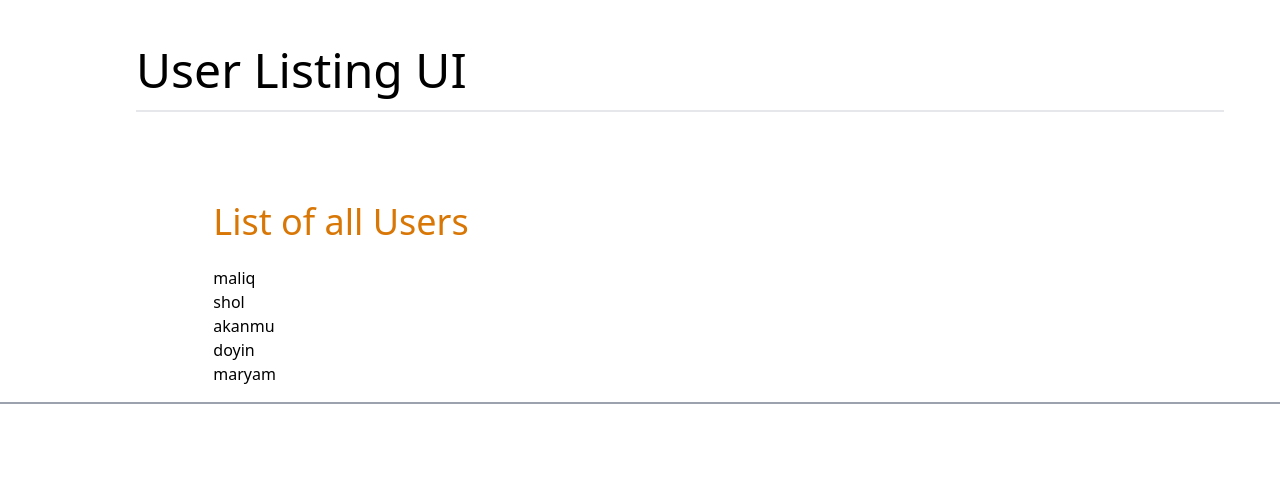
Repository: Marlstergo/listings
Page: / (app in client/)
An editor plug-in stored every save of this project. The page is shown before and after the next save, followed by the edit.
The browser window is 1280 px wide. The pictures show the whole page.
The project was rebuilt for these pictures with package versions that can differ from the ones it lists, and the page was loaded fresh each time. Also part of the build but not shown: client/craco.config.js, client/src/components/Loader.js, client/src/components/Order.js, client/src/components/Modal.js. Imported but missing from the stored project, and not drawn on this page: client/src/components/Base, client/src/components/Toppings.

Above is the page before, as saved 2021-07-20 23:39:29.

### client/src/index.js
/* eslint-disable no-unused-vars */
import React from "react";
import ReactDOM from "react-dom";
import "./index.css";
import App from "./App";
import reportWebVitals from "./reportWebVitals";
import { BrowserRouter } from "react-router-dom";
import { Provider } from "react-redux";
import { store } from "./redux/store";
import { PersistGate } from "redux-persist/integration/react";
import { persistor } from "./redux/store";

ReactDOM.render(
  <React.StrictMode>
    <Provider store={store}>
      <BrowserRouter>
        <PersistGate persistor={persistor}>
          <App />
        </PersistGate>
      </BrowserRouter>
    </Provider>
  </React.StrictMode>,
  document.getElementById("root")
);

// If you want to start measuring performance in your app, pass a function
// to log results (for example: reportWebVitals(console.log))
// or send to an analytics endpoint. Learn more: https://bit.ly/CRA-vitals
reportWebVitals();

### client/src/App.js
import React, { useState } from 'react';
import { Route, Switch, useLocation } from "react-router-dom";
import Header from './components/Header';
import Home from './components/Home';
import Base from './components/Base';
import Toppings from './components/Toppings';
import Order from './components/Order';
import Modal from './components/Modal';
import { AnimatePresence } from 'framer-motion';

function App() {
  const location = useLocation();
  const showModal = true;

  return (
    <>
      <Header />
      {/* <Modal showModal={showModal} /> */}
      <AnimatePresence exitBeforeEnter>
        <Switch location={location} key={location.key}>
          <Route path="/">
            <Home />
          </Route>
          <Route path="/createUpdateUser">
            <Toppings />
          </Route>
          <Route path="/order">
            <Order />
          </Route>
          <Route path="/">
            <Home />
          </Route>
        </Switch>
      </AnimatePresence>

    </>
  );
}

export default App;

### client/src/redux/store.js
import { createStore, applyMiddleware } from "redux";
import { logger } from 'redux-logger';
import {persistStore} from 'redux-persist';
// import thunk from 'redux-thunk'
import createSagaMiddleware from 'redux-saga'

import rootSaga from './root-sagas'

import rootReducer from './root-reducer';

const sagaMiddleware = createSagaMiddleware()

const middleware = [sagaMiddleware];

if( process.env.NODE_ENV === 'development'){
    middleware.push(logger)
}

export const store = createStore(rootReducer, applyMiddleware(...middleware))

sagaMiddleware.run(rootSaga)

export const persistor = persistStore(store)

export default (store, persistor);

### client/src/components/Header.js
import React from 'react';
import { motion } from 'framer-motion';

const svgVariants = {
  hidden: { rotate: -180 },
  visible: {
    rotate: 0,
    transition: { duration : 1 }
  },
}

const pathVariants = {
  hidden: {
    opacity: 0,
    pathLength: 0,
  },
  visible: {
    opacity: 1,
    pathLength: 1,
    transition: {
      duration: 2,
      ease: "easeInOut",
    }
  }
};


const Header = () => {
  return (
    <header className='flex p-14  items-center'>
      <motion.div className="logo"
        drag
        dragConstraints={{ left: 0, top: 0, right: 0, bottom: 0 }}
        dragElastic={0.7}
      >
        <motion.svg className="w-14 overflow-visible" xmlns="http://www.w3.org/2000/svg" viewBox="0 0 100 100"
          variants={svgVariants}
          initial="hidden"
          animate="visible"
        >
          <motion.path
            fill="none"
            d="M40 40 L80 40 C80 40 80 80 40 80 C40 80 0 80 0 40 C0 40 0 0 40 0Z"
            variants={pathVariants}
          />
          <motion.path
            fill="none"
            d="M50 30 L50 -10 C50 -10 90 -10 90 30 Z"
            variants={pathVariants}
          />
        </motion.svg>
      </motion.div>
      <motion.div className=" flex-grow ml-6 text-xs"
        initial={{ y: -250}}
        animate={{ y: -10 }}
        transition={{ delay: 0.2, type: 'spring', stiffness: 120 }}
      >
        <h1 className="border-b-2 pb-4 text-5xl">User Listing UI</h1>
      </motion.div>
    </header>
  )
}

export default Header;

### client/src/components/Home.js
import React from "react";
import { Link } from "react-router-dom";
import { motion } from "framer-motion";
import Loader from "./Loader";



const containerVariants = {
  hidden: {
    opacity: 0,
  },
  visible: {
    opacity: 1,
    transition: { delay: 1.5, duration: 1.5 },
  },
  exit: {
    x: "-100vh",
    transition: { ease: "easeInOut" },
  },
};
const users = ["maliq", "shol", "akanmu", "doyin", "maryam"];
const Home = () => {
  return (
    <motion.div
      className="  pb-4 mb-4 border-b-2 border-gray-400 flex flex-col items-center"
      variants={containerVariants}
      initial="hidden"
      animate="visible"
      exit="exit"
    >
      <div className="w-2/3 ">
        <h1 className="text-yellow-600 py-6 text-4xl">List of all Users</h1>
        <ul className="pl-[15px]">
          {users.map(
            (user , idx) => (
              <li key={idx}>{user}</li>
            )
          )}

        </ul>
        {/* <table className="min-w-full divide-y divide-gray-200">
          <thead>
            <tr>
              <th className="px-6 py-3 bg-gray-50 text-left text-xs font-medium text-gray-500 uppercase tracking-wider">
                Transaction
              </th>
              <th className="px-6 py-3 bg-gray-50 text-right text-xs font-medium text-gray-500 uppercase tracking-wider">
                Amount
              </th>
              <th className="hidden px-6 py-3 bg-gray-50 text-left text-xs font-medium text-gray-500 uppercase tracking-wider md:block">
                Status
              </th>
              <th className="px-6 py-3 bg-gray-50 text-right text-xs font-medium text-gray-500 uppercase tracking-wider">
                Date
              </th>
            </tr>
          </thead>
        </table> */}
      </div>
    </motion.div>
  );
};

export default Home;

### client/src/redux/root-sagas.js
import {all, call} from 'redux-saga/effects'
import {userSagas} from './user/user.sagas'


export default function* rootSaga(){
    yield all([
        call(userSagas),
    ])
}

### client/src/redux/root-reducer.js
import {combineReducers} from 'redux'
import userReducer from './user/user.reducer'
// import cartReducer from './cart/cart.reducer'
import {persistReducer} from 'redux-persist'
import storage from 'redux-persist/lib/storage'
// import directoryReducer from './directory/directory.reducer'
// import shopReducer from './shop/shop.reducer'

const persistConfig ={
    key: 'root',
    storage,
    whitelist: ['' ]
}
const rootReducer = combineReducers({
    user: userReducer,

})
export default persistReducer(persistConfig, rootReducer)

### client/src/redux/user/user.sagas.js
import { all, call, put, takeLatest } from "redux-saga/effects";

import UserActionTypes from "./user.types";
import { loadUserDetail } from "./user.action";
// import axios from "axios";
// import { getUserDetailsURL } from "../../components/stringConstants";

export function* getDetails() {
  yield console.log("i fired");

  // try {
  //   console.log("inside try");

  //   const res = yield axios.get(getUserDetailsURL);
  //   const data = yield res.data;
  //   console.log(res);
  //   yield put(loadUserDetail(data ? data.data[0] : {}));
  // } catch (err) {
  //   console.log(err.response);
  //   if (err.response && err.response.statusText === "Not Found") {
  //     // console.log("");
  //     window.location.href = "/profile/settings?newUser=0837";
  //   }
  // }
}

export function* getUserDetails() {
  yield takeLatest(UserActionTypes.GET_USER_DETAIL, getDetails);
}
// export function* loadUserDetails(){
//     yield takeLatest(UserActionTypes.LOAD_USER_DETAIL, loadDetails)
// }

export function* userSagas() {
  yield all([call(getUserDetails)]);
}

### client/src/redux/user/user.reducer.js
import UserActionTypes from "./user.types";
const INITIAL_STATE = {
  // currentUser: null,
  userDetail: {},
  demo: 'i am demo',
  location: null

};
const userReducer = (state = INITIAL_STATE, action) => {
  switch (action.type) {

    case UserActionTypes.LOAD_USER_DETAIL:
      return {
        ...state,
        userDetail: action.payload,
      };

    case UserActionTypes.COLLECT_GEOLOCATION:
      return {
        ...state,
        location: action.payload
      }
    default:
      return state;
  }
};

export default userReducer;

### client/src/redux/user/user.types.js
const UserActionTypes ={
    GOOGLE_SIGN_IN_START : 'GOOGLE_SIGN_IN_START',
    SIGN_IN_SUCCESS : 'SIGN_IN_SUCCESS',
    SIGN_IN_FAILURE : 'SIGN_IN_FAILURE',
    GET_USER_DETAIL: 'GET_USER_DETAIL',
    LOAD_USER_DETAIL: 'LOAD_USER_DETAIL',
    COLLECT_GEOLOCATION: 'COLLECT_GEOLOCATION',
    FETCH_GEOLOCATION: 'FETCH_GEOLOCATION'
}
export default UserActionTypes;

### client/src/redux/user/user.action.js
import UserActionTypes from './user.types'



// export const googleSignInStart = () => ({
//     type: UserActionTypes.GOOGLE_SIGN_IN_START
// })

// export const signInSuccess = (user) => ({
//     type: UserActionTypes.SIGN_IN_SUCCESS,
//     payload: user
// })

export const getUserDetail = () => ({
    type: UserActionTypes.GET_USER_DETAIL,

})
export const loadUserDetail = (details) => ({
    type: UserActionTypes.LOAD_USER_DETAIL,
    payload: details
})

export const fetchGeoloction = () => ({
    type: UserActionTypes.FETCH_GEOLOCATION
})
export const collectGeolocation = (location) => ({
    type: UserActionTypes.COLLECT_GEOLOCATION,
    payload: location
})
// })

### client/tailwind.config.js
  // tailwind.config.js
  module.exports = {
    // mode:'jit',
    purge: ['./src/**/*.{js,jsx,ts,tsx}', './public/index.html'],
     darkMode: false, // or 'media' or 'class'
     theme: {
       extend: {},
     },
     variants: {
       extend: {},
     },
     plugins: [],
   }

Loaded but not shown: client/public/index.html (common file); client/src/index.css (common file); client/src/reportWebVitals.js (common file)

After the next save:
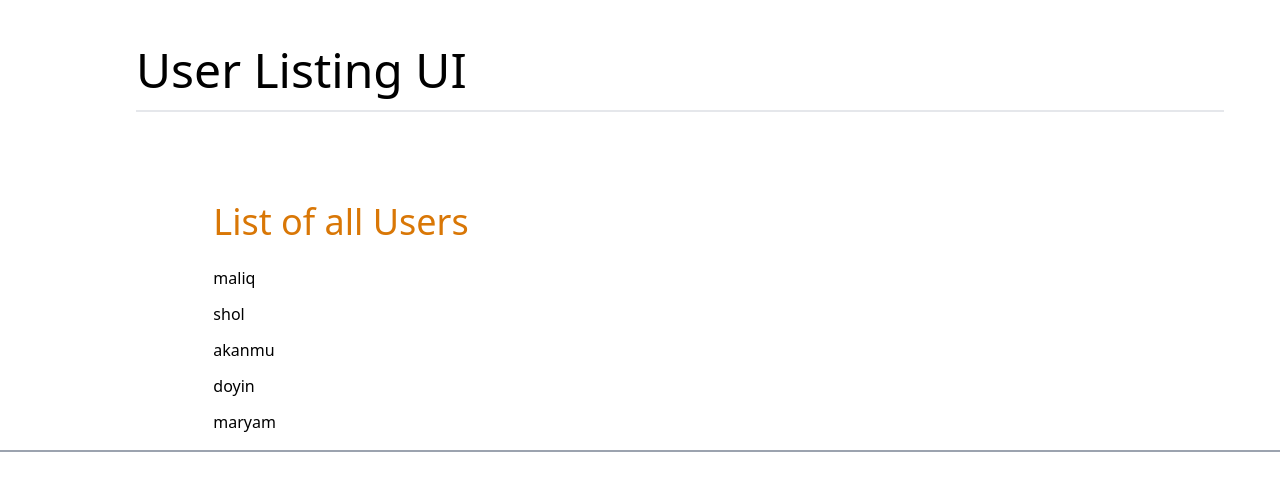
Saved 16 s later.
--- a/client/src/components/Home.js
+++ b/client/src/components/Home.js
@@ -30,7 +30,7 @@ const Home = () => {
     >
       <div className="w-2/3 ">
         <h1 className="text-yellow-600 py-6 text-4xl">List of all Users</h1>
-        <ul className="pl-[15px]">
+        <ul className="pl-[15px] space-y-3">
           {users.map(
             (user , idx) => (
               <li key={idx}>{user}</li>
